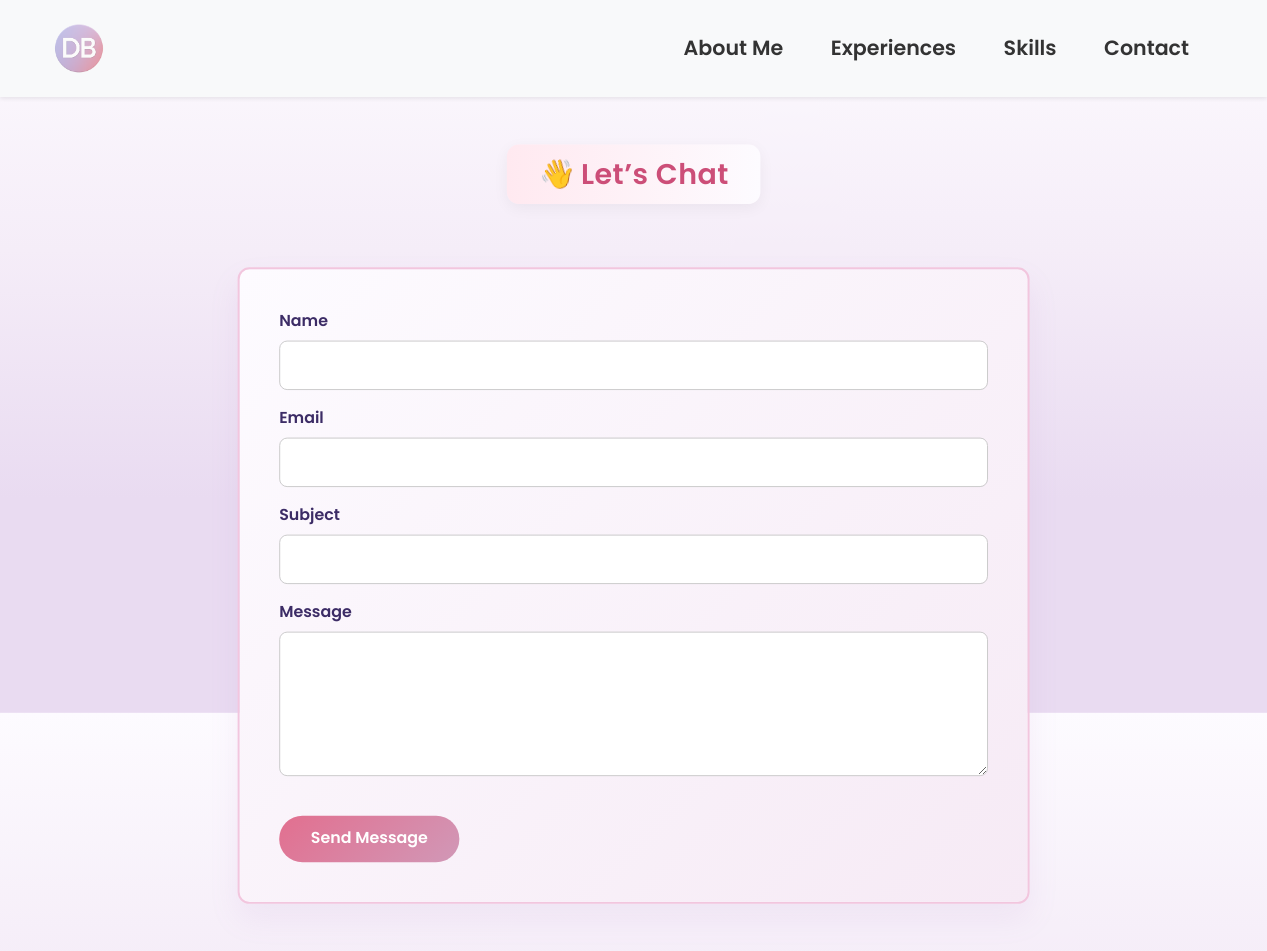
Repository: daizzah/daizzah-portfolio
Page: contact.html
The author's editor kept a copy of each file at every save. The page is drawn from the files as they stood at one save, then again after the next save.
The browser window is 1280 px wide. The pictures show the whole page, at 99% of full size.
Backgrounds fixed to the window are drawn as part of the page. Some web libraries are served in a nearby version.

Above is the page before, as saved 2025-04-01 21:59:03.

After the next save:
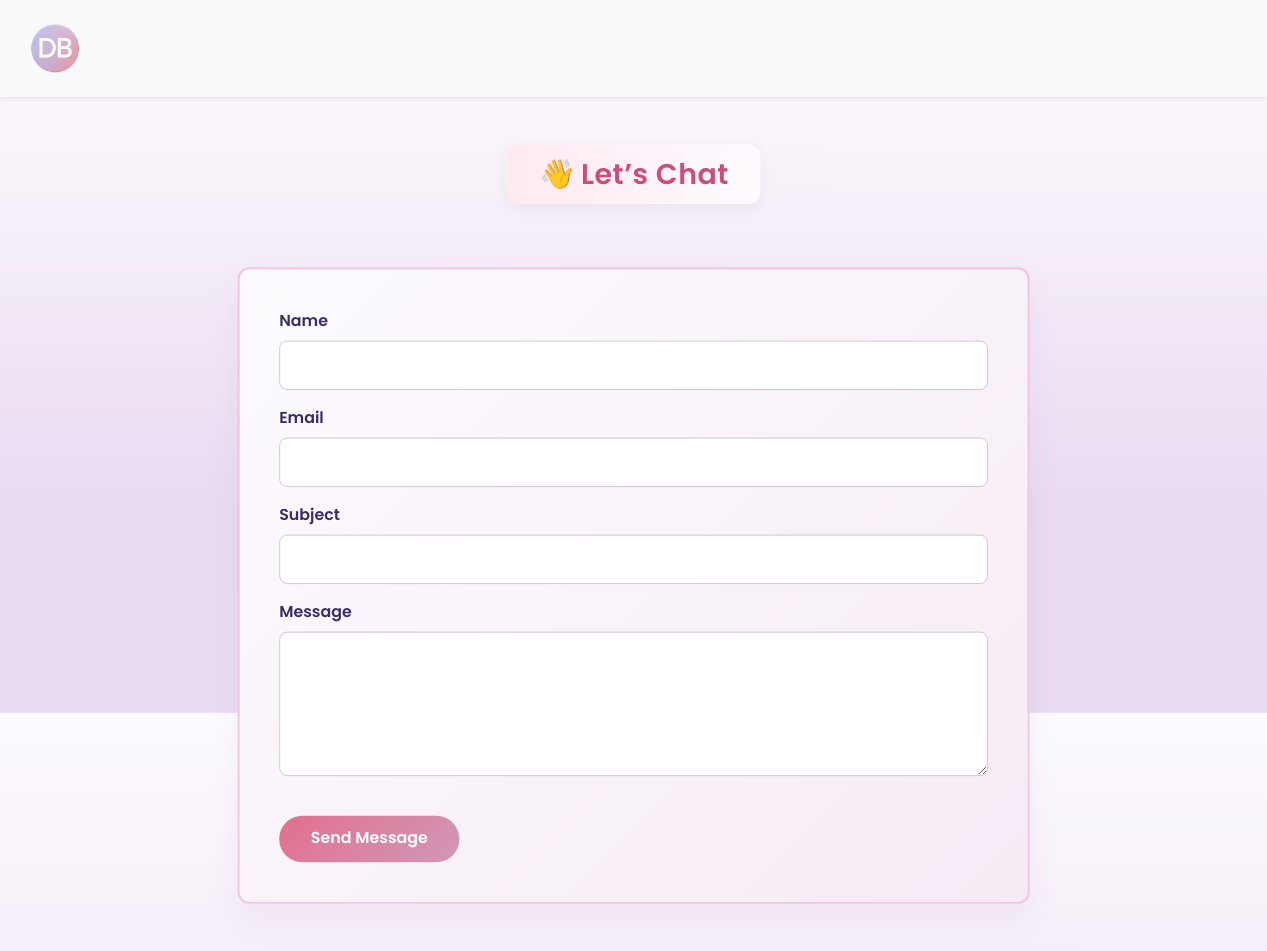
Saved 3 min 22 s later.
--- a/contact.html
+++ b/contact.html
@@ -3,6 +3,8 @@
 <head>
   <meta charset="UTF-8" />
   <meta name="viewport" content="width=device-width, initial-scale=1.0"/>
+  <script src="https://cdn.tailwindcss.com"></script>
+
   <link href="https://fonts.googleapis.com/css2?family=Poppins:wght@400;500;600;700&display=swap" rel="stylesheet" />
   <title>Contact Daizzah</title>
   <link href="https://cdn.jsdelivr.net/npm/bootstrap@5.3.1/dist/css/bootstrap.min.css" rel="stylesheet" />

After the save that followed:
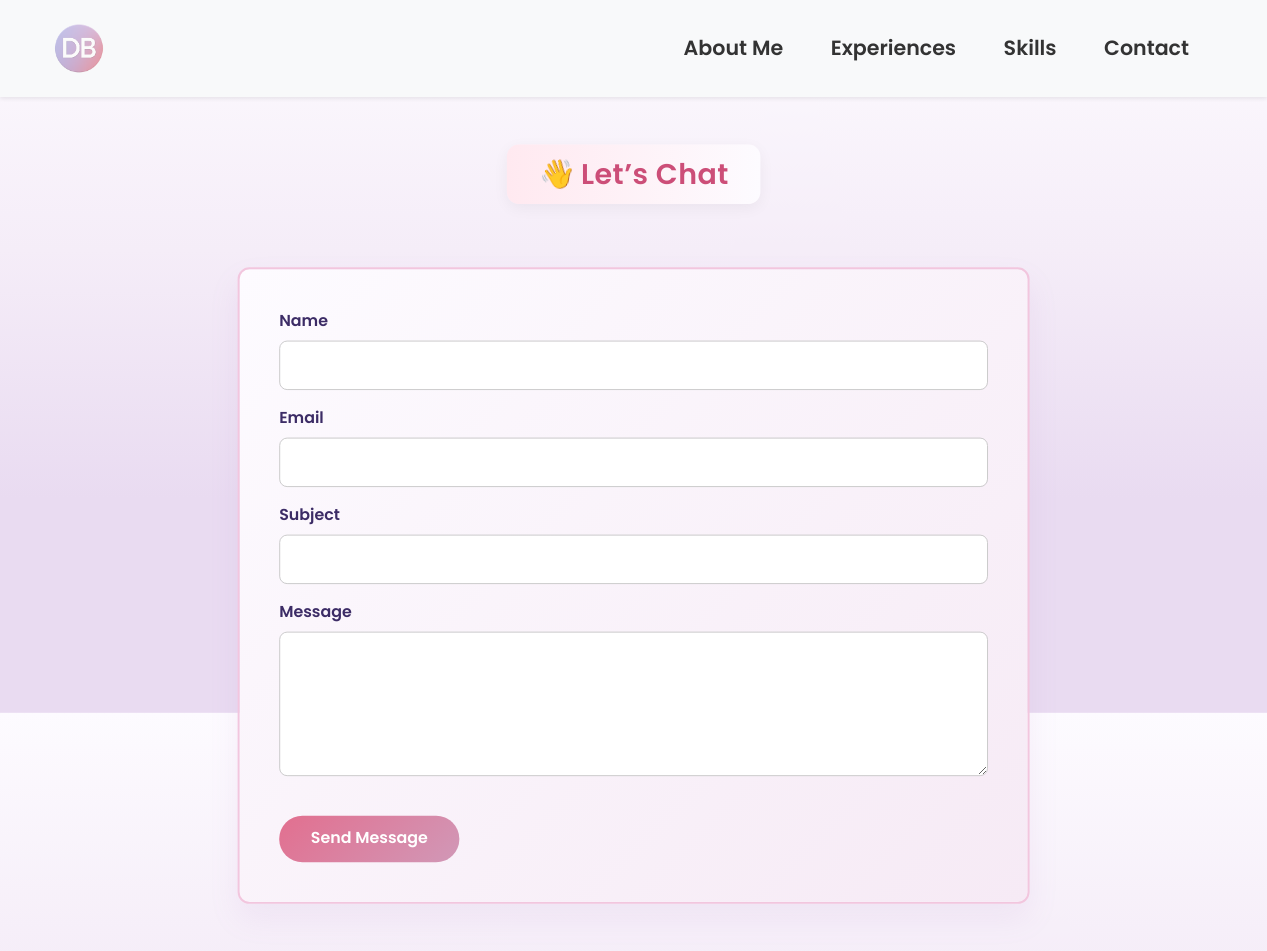
Saved 9 s later.
--- a/contact.html
+++ b/contact.html
@@ -3,7 +3,6 @@
 <head>
   <meta charset="UTF-8" />
   <meta name="viewport" content="width=device-width, initial-scale=1.0"/>
-  <script src="https://cdn.tailwindcss.com"></script>
 
   <link href="https://fonts.googleapis.com/css2?family=Poppins:wght@400;500;600;700&display=swap" rel="stylesheet" />
   <title>Contact Daizzah</title>
